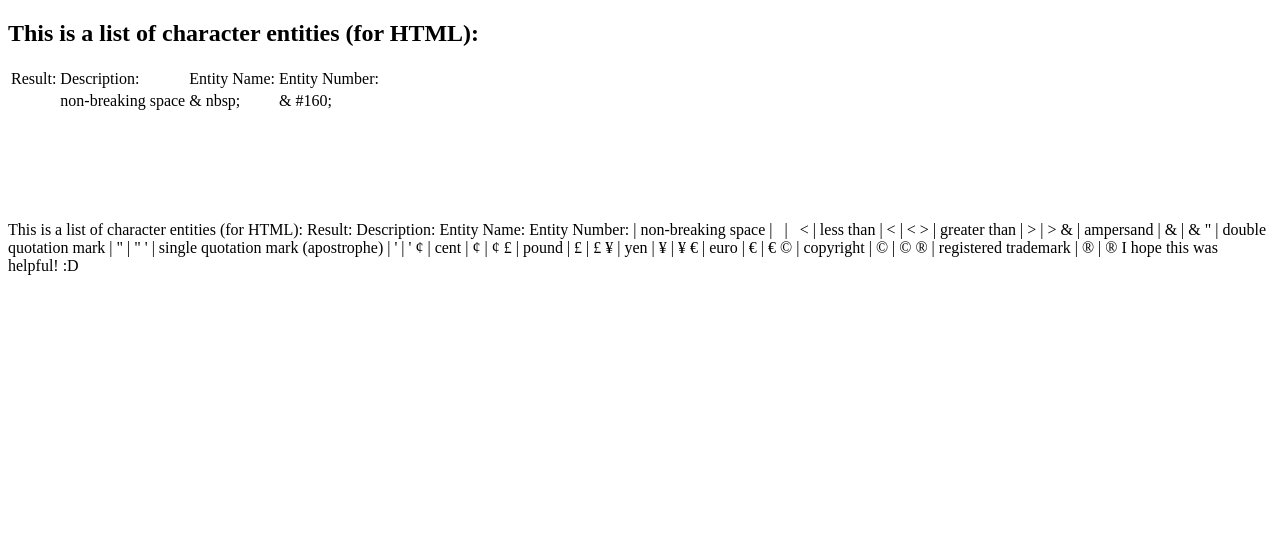
Repository: linas-dev/HTML-CSS-Projects
Page: Basic_HTML_and_CSS/Basic_HTML_5.html
An editor plug-in stored every save of this project. The page is shown before and after the next save, followed by the edit.
The browser window is 1280 px wide. The pictures show the whole page.

Above is the page before, as saved 2021-05-30 10:59:25.

### Basic_HTML_and_CSS/Basic_HTML_5.html
<!DOCTYPE html>
<html lang="en">
<head>
    <meta charset="UTF-8">
    <meta http-equiv="X-UA-Compatible" content="IE=edge">
    <meta name="viewport" content="width=device-width, initial-scale=1.0">
    <link rel="stylesheet" href="Basic_CSS_2.css">
    <title>Document</title>
</head>
<body>

    <h2>This is a list of character entities (for HTML):</h2>

    <table>
        <thead>
            <td>Result:</td>
            <td>Description: </td>
            <td>Entity Name:</td>
            <td>Entity Number:</td>
        </thead>
        <tbody>
            <tr>
                <td></td>
                <td>non-breaking space</td>
                <td>& nbsp;</td>
                <td>& #160;</td>
            </tr>
        </tbody>
    </table>




<br>

<br>
<br>
<br>
<br>
<br>

    This is a list of character entities (for HTML):

Result:    Description:                         Entity Name:    Entity Number:
         | non-breaking space                 | &nbsp;        | &#160;
  <      | less than                          | &lt;          | &#60;
  >      | greater than                       | &gt;          | &#62;
  &      | ampersand                          | &amp;         | &#38;
  "      | double quotation mark              | &quot;        | &#34;
  '      | single quotation mark (apostrophe) | &apos;        | &#39;
  ¢      | cent                               | &cent;        | &#162;
  £      | pound                              | &pound;       | &#163;
  ¥      | yen                                | &yen;         | &#165;
  €      | euro                               | &euro;        | &#8364;
  ©      | copyright                          | &copy;        | &#169;
  ®      | registered trademark               | &reg;         | &#174;

I hope this was helpful! :D
</body>
</html>

### Basic_HTML_and_CSS/Basic_CSS_2.css
p {
    color: #2E5757;
    background: #F0DFEE;
    font-weight: bolder;
    text-align: right;
}

.table {
    border-collapse: collapse;
    margin: 25px 0;
    font-size: 0.9em;
    min-width: 400px;
}

.table thead tr {
    background-color: #009879;
    color: #fff;
    text-align: left;
    font-weight: bold;
}

.table th, .table td {
    padding: 7px 5px;
}

.table tbody tr {
    border-bottom: 1px solid #dddddd;
}

.hoveref:hover {
    background-color: #4F0444;
    color: white;
}

After the next save:
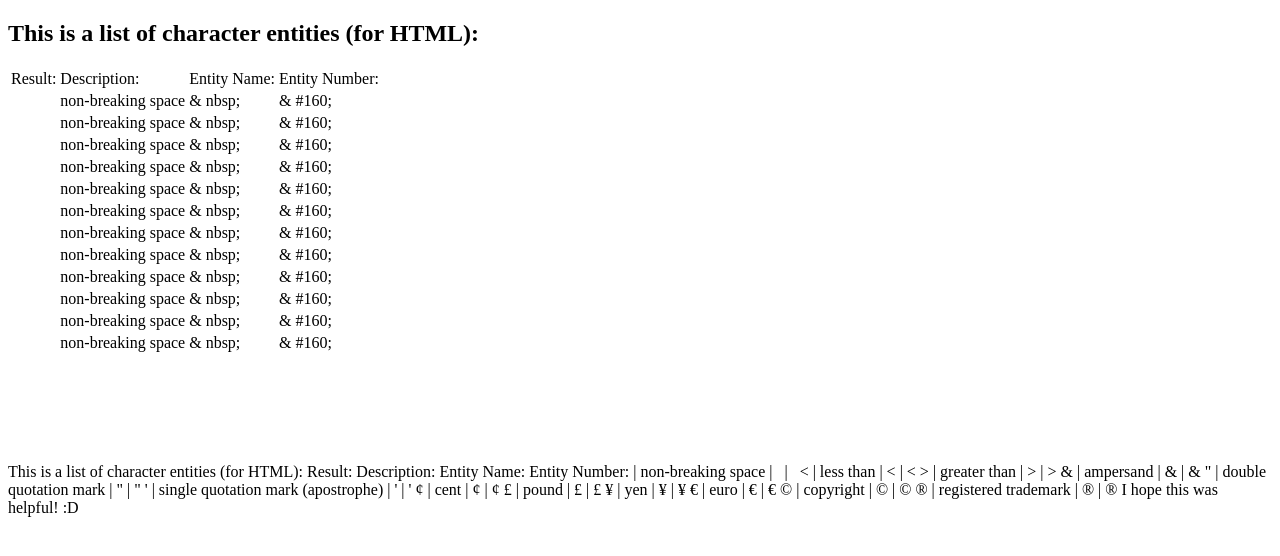
Saved 42 s later.
--- a/Basic_HTML_and_CSS/Basic_HTML_5.html
+++ b/Basic_HTML_and_CSS/Basic_HTML_5.html
@@ -19,6 +19,72 @@
             <td>Entity Number:</td>
         </thead>
         <tbody>
+            <tr>
+                <td></td>
+                <td>non-breaking space</td>
+                <td>& nbsp;</td>
+                <td>& #160;</td>
+            </tr>
+            <tr>
+                <td></td>
+                <td>non-breaking space</td>
+                <td>& nbsp;</td>
+                <td>& #160;</td>
+            </tr>
+            <tr>
+                <td></td>
+                <td>non-breaking space</td>
+                <td>& nbsp;</td>
+                <td>& #160;</td>
+            </tr>
+            <tr>
+                <td></td>
+                <td>non-breaking space</td>
+                <td>& nbsp;</td>
+                <td>& #160;</td>
+            </tr>
+            <tr>
+                <td></td>
+                <td>non-breaking space</td>
+                <td>& nbsp;</td>
+                <td>& #160;</td>
+            </tr>
+            <tr>
+                <td></td>
+                <td>non-breaking space</td>
+                <td>& nbsp;</td>
+                <td>& #160;</td>
+            </tr>
+            <tr>
+                <td></td>
+                <td>non-breaking space</td>
+                <td>& nbsp;</td>
+                <td>& #160;</td>
+            </tr>
+            <tr>
+                <td></td>
+                <td>non-breaking space</td>
+                <td>& nbsp;</td>
+                <td>& #160;</td>
+            </tr>
+            <tr>
+                <td></td>
+                <td>non-breaking space</td>
+                <td>& nbsp;</td>
+                <td>& #160;</td>
+            </tr>
+            <tr>
+                <td></td>
+                <td>non-breaking space</td>
+                <td>& nbsp;</td>
+                <td>& #160;</td>
+            </tr>
+            <tr>
+                <td></td>
+                <td>non-breaking space</td>
+                <td>& nbsp;</td>
+                <td>& #160;</td>
+            </tr>
             <tr>
                 <td></td>
                 <td>non-breaking space</td>
